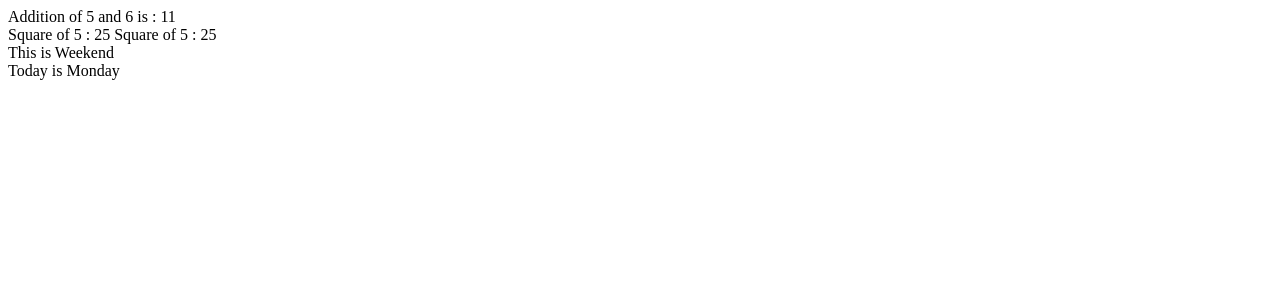
Repository: Shivanishinde8225/User-Managment-System
Page: http://localhost/JspDemo/Demo.jsp
An editor plug-in stored every save of this project. The page is shown before and after the next save, followed by the edit.
The browser window is 1280 px wide. The pictures show the whole page.
The page is served by Tomcat 9.

Above is the page before, as saved 2023-04-01 05:25:58.

After the next save:
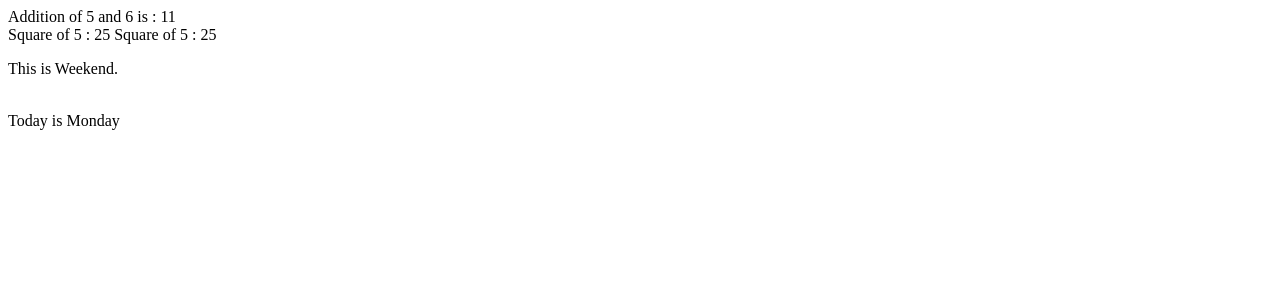
Saved 2 min 10 s later.
--- a/JspDemo/webapp/Demo.jsp
+++ b/JspDemo/webapp/Demo.jsp
@@ -23,12 +23,11 @@
 	<%-- This is comments --%>
 
 	<%! int day = 6; %>
-	<%if(day == 6 || day == 7){
-		out.print("This is Weekend");
-	}
-	else{
-		out.print("This is not Weekend");
-	}%><br>
+	<%if(day == 6 || day == 7){%>
+		<p>This is Weekend.</p>
+	<%}else{%>
+		<p>This is not Weekend.</p>
+	<%}%><br>
 
 	<%--This is comments --%>
 
